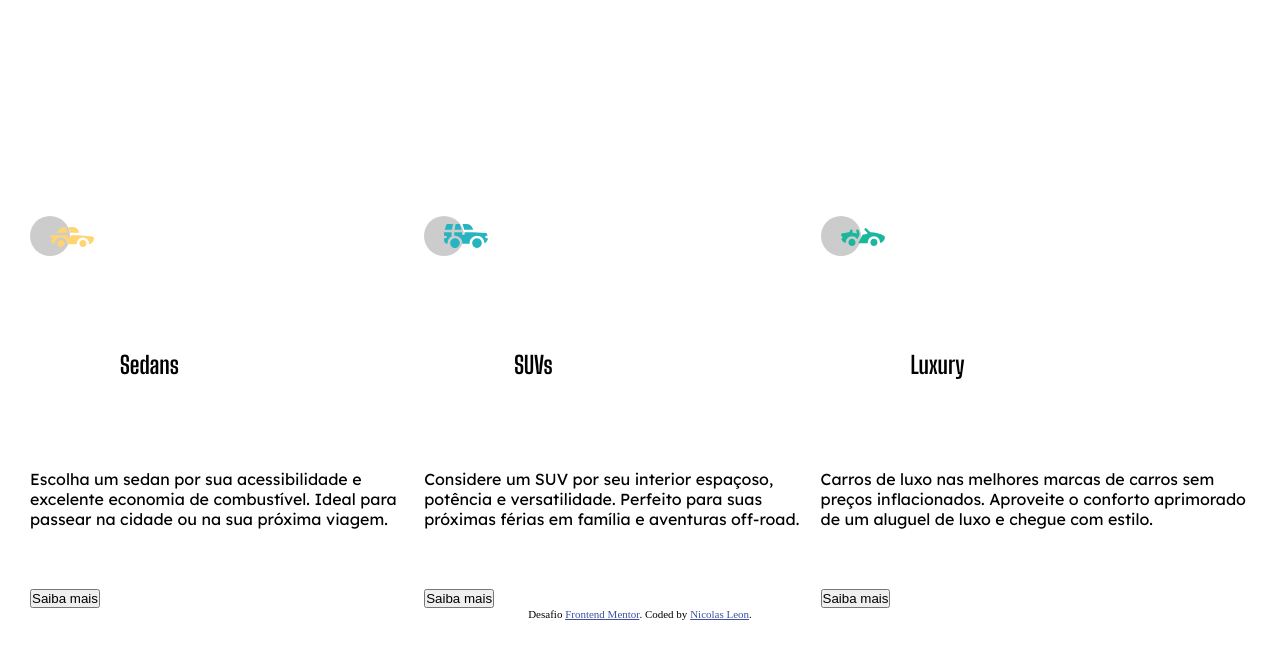
Repository: Leonngc/Car-cards
Page: index.html
An editor plug-in stored every save of this project. The page is shown before and after the next save, followed by the edit.
The browser window is 1280 px wide. The pictures show the whole page.

Above is the page before, as saved 2023-01-17 12:23:40.

After the next save:
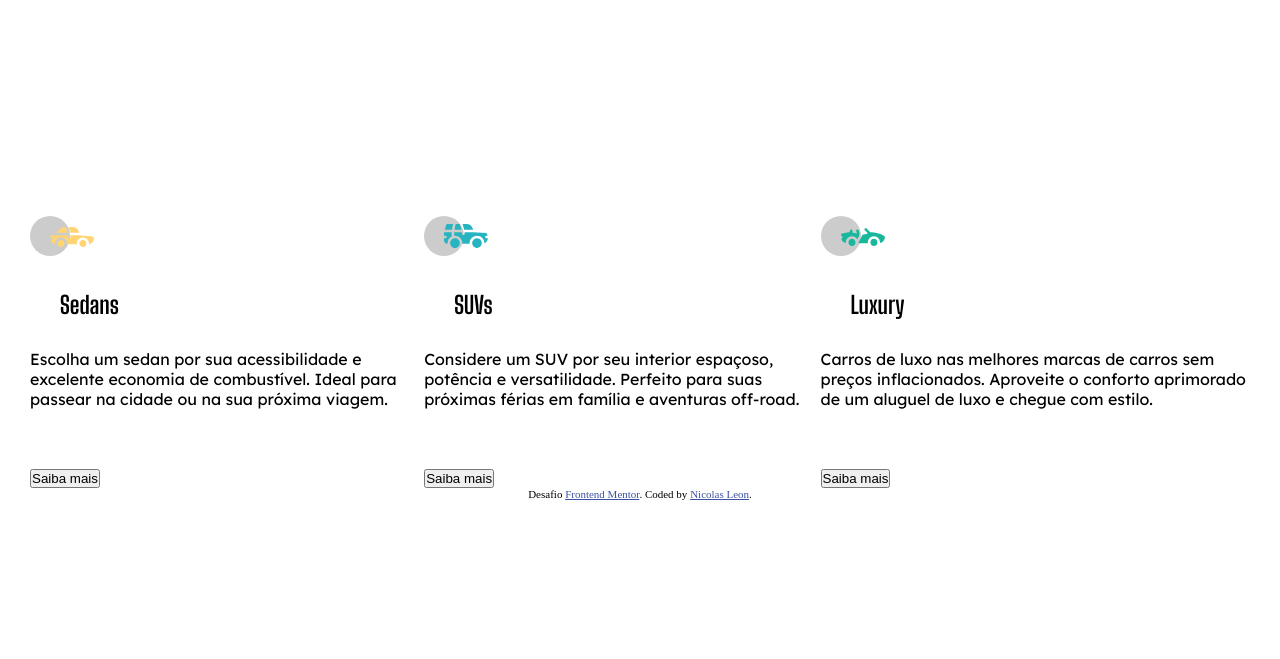
Saved 5 s later.
--- a/styles/style.css
+++ b/styles/style.css
@@ -31,5 +31,5 @@
 }
 .card > h2{
     font-family: var(--font-title);
-    padding: 90px;
+    padding: 30px;
 }
